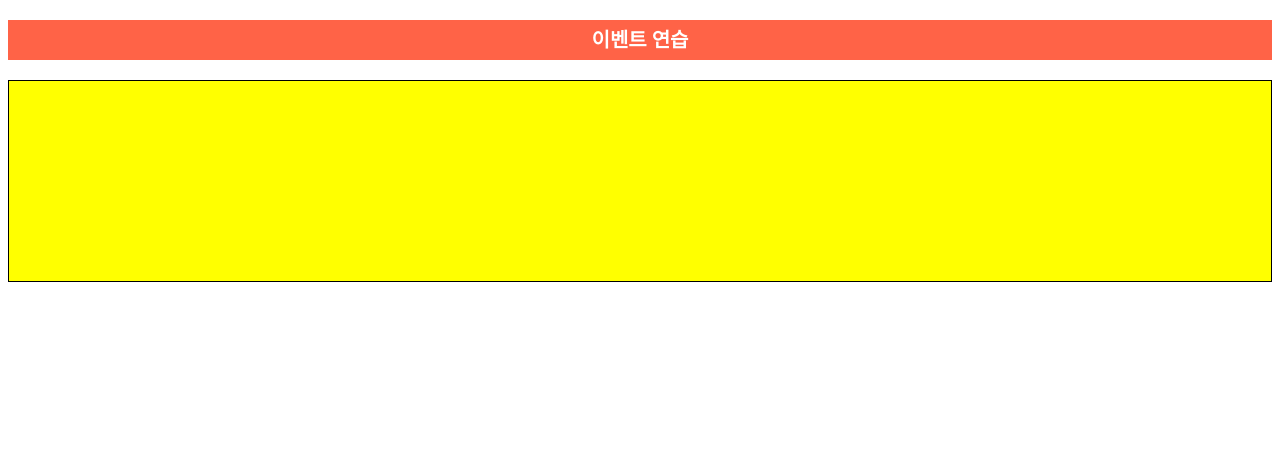
Repository: shouvoo/bitAcademy
Page: work/jsp/06_javascript/WebContent/09_jquery/05_event/test05_2.html
The author's editor kept a copy of each file at every save. The page is drawn from the files as they stood at one save, then again after the next save.
The browser window is 1280 px wide. The pictures show the whole page.

Above is the page before, as saved 2017-11-27 01:08:54.

### work/jsp/06_javascript/WebContent/09_jquery/05_event/test05_2.html
<!DOCTYPE html>
<html>
<head>
<meta charset="utf-8">
<style>
	p {
		font-size: 20px;
		font-weight: bold;
		height: 40px;
		background: tomato;
		color: white;
		text-align: center;
		line-height: 40px;
	}
	div  {
		height: 200px;
		background: yellow;
		margin-top: 10px;
		border: 1px solid black;
	}
</style>
<script src="../js/jquery-3.2.1.js"></script>
</head>
<body>
    <p>이벤트 <span>연습</span></p>
    <div></div>
    <script>
		$("div").mousedown(function(event){
			var pos = $(this).offset();
			console.log(pos.left, pos.top, event.offsetX, event.offsetY,
					event.clientX, event.clientY);
		})
    </script>
</body>
</html>

Loaded but not shown: work/jsp/06_javascript/WebContent/09_jquery/js/jquery-3.2.1.js (library)

After the next save:
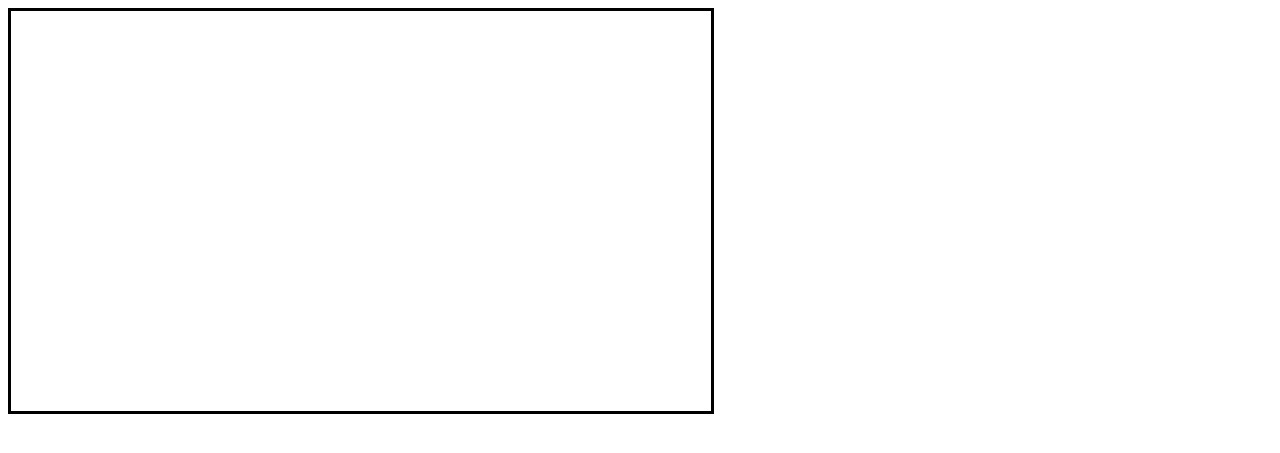
Saved 2 min 46 s later.
--- a/work/jsp/06_javascript/WebContent/09_jquery/05_event/test05_2.html
+++ b/work/jsp/06_javascript/WebContent/09_jquery/05_event/test05_2.html
@@ -2,34 +2,12 @@
 <html>
 <head>
 <meta charset="utf-8">
-<style>
-	p {
-		font-size: 20px;
-		font-weight: bold;
-		height: 40px;
-		background: tomato;
-		color: white;
-		text-align: center;
-		line-height: 40px;
-	}
-	div  {
-		height: 200px;
-		background: yellow;
-		margin-top: 10px;
-		border: 1px solid black;
-	}
-</style>
+
 <script src="../js/jquery-3.2.1.js"></script>
 </head>
 <body>
-    <p>이벤트 <span>연습</span></p>
-    <div></div>
-    <script>
-		$("div").mousedown(function(event){
-			var pos = $(this).offset();
-			console.log(pos.left, pos.top, event.offsetX, event.offsetY,
-					event.clientX, event.clientY);
-		})
-    </script>
+    <canvas id="myCanvas" width="700" height="400" style="border: 3px solid black">
+
+    </canvas>
 </body>
 </html>
